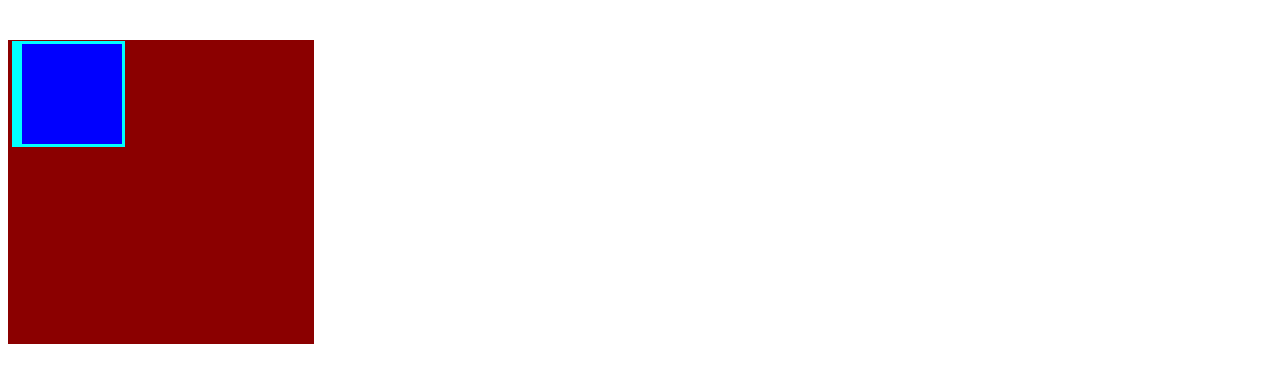
Repository: yymmyymm/review-sub1
Page: box/box.html
The author's editor kept a record of every edit. The page is drawn from the files as they stood at one moment, then again after the next edit.
The browser window is 1280 px wide. The pictures show the whole page.

Above is the page before.

After the next edit:
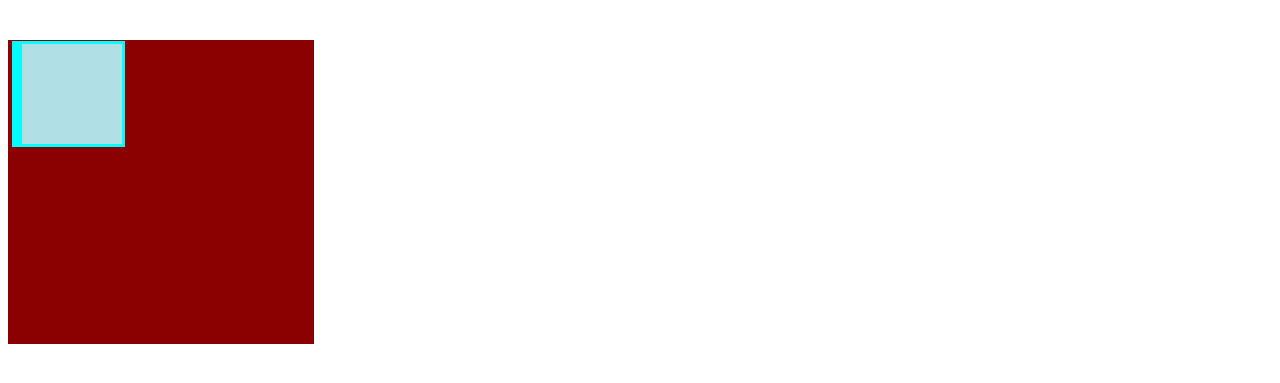
The edit:
--- a/box/box.css
+++ b/box/box.css
@@ -8,7 +8,7 @@
 .box2 {
   width: 100px;
   height: 100px;
-  background-color: blue;
+  background-color: powderblue;
   border: solid #ff00ff ;
   border-top-width: 10px ;
   border: solid #00ffff;
